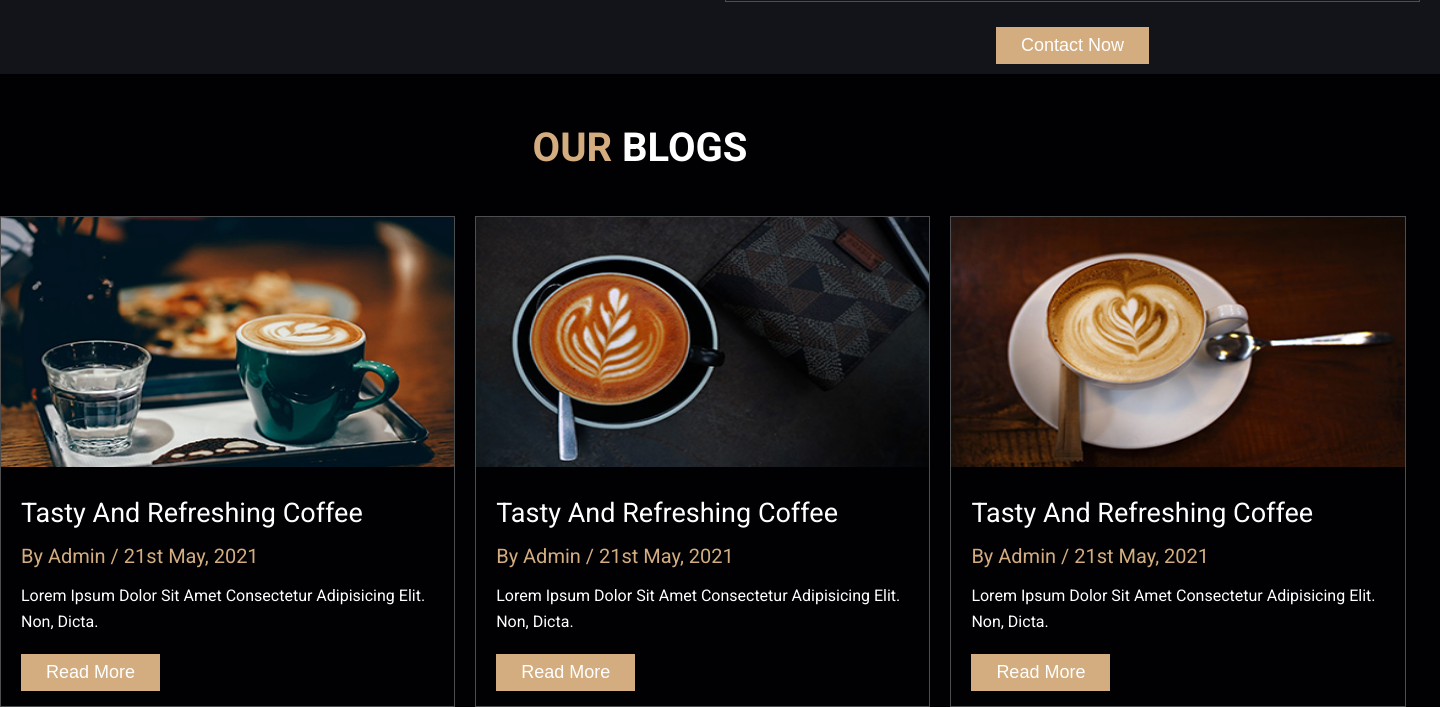
Repository: Dinhthai303/DinhThai
Page: index.html
These files come from the project's save history. The page is drawn as it stood at one moment and after the next save; the edit follows.
The browser window is 1280 px wide. The page is 1440 px wide, so the pictures cover 1440 px, including what lies to the right of the window. The pictures show the part of the page from y = 4188 to 5028 px (the page is 4895 px tall before and 5028 px after).
Pictures or frames that could not be fetched are drawn as grey boxes.

Above is the page before, as saved 2021-11-28 01:48:47.

### index.html
<!DOCTYPE html>
<html lang="en">

<head>
    <meta charset="UTF-8">
    <meta http-equiv="X-UA-Compatible" content="IE=edge">
    <meta name="viewport" content="width=device-width, initial-scale=1.0">
    <title>Document</title>
    <!-- FONT AWESOME -->
    <link rel="stylesheet" href="https://cdnjs.cloudflare.com/ajax/libs/font-awesome/6.0.0-beta3/css/all.min.css"
        integrity="sha512-Fo3rlrZj/k7ujTnHg4CGR2D7kSs0v4LLanw2qksYuRlEzO+tcaEPQogQ0KaoGN26/zrn20ImR1DfuLWnOo7aBA=="
        crossorigin="anonymous" referrerpolicy="no-referrer" />
    <!-- GOOLE FONT -->
    <link rel="preconnect" href="https://fonts.googleapis.com">
    <link rel="preconnect" href="https://fonts.gstatic.com" crossorigin>
    <link href="https://fonts.googleapis.com/css2?family=Roboto:wght@300;400;500;700&display=swap" rel="stylesheet">
    <!-- MAIN CSS -->
    <link rel="stylesheet" href="./css/style.css">
</head>

<body>
    <header class="header">
        <div class="container">
            <div class="header__content">
                <div class="header__logo">
                    <img src="./images/logo.png" alt="">
                </div>
                <ul class="header__menu">
                    <li class="header__item"><a class="header__link" href="#">Home</a></li>
                    <li class="header__item"><a class="header__link" href="#">About</a></li>
                    <li class="header__item"><a class="header__link" href="#">Menu</a></li>
                    <li class="header__item"><a class="header__link" href="#">Product</a></li>
                    <li class="header__item"><a class="header__link" href="#">Review</a></li>
                    <li class="header__item"><a class="header__link" href="#">Contact</a></li>
                    <li class="header__item"><a class="header__link" href="#">Blog</a></li>
                </ul>
                <div class="header__icon">
                    <i class="fa fa-search"></i>
                    <i class="fa fa-shopping-cart"></i>
                </div>
            </div>
        </div>
    </header>
    <section class="banner">
        <div class="banner__content">
            <img class="banner__image" src="./images/home-img.jpeg" alt="">
            <div class="banner__text">
                <h3 class="banner__title">FRESH COFFEE IN THE MORNING</h3>
                <p class="banner__desc">Lorem Ipsum, Dolor Sit Amet Consectetur Adipisicing Elit. Placeat Labore, Sint
                    Cupiditate Distinctio Tempora Reiciendis.</p>
                <button class="btn">Get Your now</button>
            </div>
        </div>
    </section>
    <section class="about">
        <h2 class="heading">About <span>us</span></h2>
        <div class="container">
            <div class="about__content">
                <div class="about__left">
                    <img class="about__image" src="./images/about-img.jpeg" alt="">
                </div>
                <div class="about__right">
                    <div class="about__text">
                        <h2 class="about__title">What Makes Our Coffee Special?</h2>
                        <p class="about__desc">Lorem Ipsum Dolor Sit Amet Consectetur Adipisicing Elit. Voluptatibus Qui
                            Ea Ullam, Enim Tempora Ipsum Fuga Alias Quae Ratione A Officiis Id Temporibus Autem? Quod
                            Nemo Facilis Cupiditate. Ex, Vel?</p>
                        <p class="about__desc">Lorem Ipsum Dolor Sit Amet Consectetur, Adipisicing Elit. Odit Amet Enim
                            Quod Veritatis, Nihil Voluptas Culpa! Neque Consectetur Obcaecati Sapiente?</p>
                        <button class="btn about__button">Learn More</button>
                    </div>
                </div>
            </div>
        </div>
    </section>
    <section class="menu">
        <h2 class="heading"><span>our</span> menu</h2>
        <div class="container">
            <div class="menu__content">
                <div class="menu__item">
                    <div class="menu__text">
                        <img src="./images/menu-1.png" alt="" class="menu__img">
                        <h3 class="menu__title">Tasty And Healty
                        </h3>
                        <div class="menu__price price">$15.99 <span class="menu__price--old old">20.99</span></div>
                        <button class="btn menu__button">Add To Cart</button>
                    </div>
                </div>
                <div class="menu__item">
                    <div class="menu__text">
                        <img src="./images/menu-2.png" alt="" class="menu__img">
                        <h3 class="menu__title">Tasty And Healty
                        </h3>
                        <div class="menu__price price">$15.99 <span class="menu__price--old old">20.99</span></div>
                        <button class="btn menu__button">Add To Cart</button>
                    </div>
                </div>
                <div class="menu__item">
                    <div class="menu__text">
                        <img src="./images/menu-3.png" alt="" class="menu__img">
                        <h3 class="menu__title">Tasty And Healty
                        </h3>
                        <div class="menu__price price">$15.99 <span class="menu__price--old old">20.99</span></div>
                        <button class="btn menu__button">Add To Cart</button>
                    </div>
                </div>
                <div class="menu__item">
                    <div class="menu__text">
                        <img src="./images/menu-4.png" alt="" class="menu__img">
                        <h3 class="menu__title">Tasty And Healty
                        </h3>
                        <div class="menu__price price">$15.99 <span class="menu__price--old price">20.99</span></div>
                        <button class="btn menu__button">Add To Cart</button>
                    </div>
                </div>
                <div class="menu__item">
                    <div class="menu__text">
                        <img src="./images/menu-5.png" alt="" class="menu__img">
                        <h3 class="menu__title">Tasty And Healty
                        </h3>
                        <div class="menu__price price">$15.99 <span class="menu__price--old old">20.99</span></div>
                        <button class="btn menu__button">Add To Cart</button>
                    </div>
                </div>
                <div class="menu__item">
                    <div class="menu__text">
                        <img src="./images/menu-6.png" alt="" class="menu__img">
                        <h3 class="menu__title">Tasty And Healty
                        </h3>
                        <div class="menu__price price">$15.99 <span class="menu__price--old old">20.99</span></div>
                        <button class="btn menu__button">Add To Cart</button>
                    </div>
                </div>
            </div>
        </div>
    </section>
    <section class="products">
        <h2 class="heading"><span>OUR</span> PRODUCTS</h2>
        <div class="container">
            <div class="products__content">
                <div class="products__item">
                    <div class="products__social">
                        <i class="fa fa-shopping-cart"></i>
                        <i class="fa fa-heart"></i>
                        <i class="fa fa-eye"></i>
                    </div>
                    <div class="products__img">
                        <img src="./images/product-2.png" alt="">
                    </div>
                    <h3 class="products__title">Fresh Coffee</h3>
                    <div class="star">
                        <i class="fa fa-star"></i>
                        <i class="fa fa-star"></i>
                        <i class="fa fa-star"></i>
                        <i class="fa fa-star"></i>
                        <i class="fa fa-star-half-alt"></i>
                    </div>
                    <div class="price">$15.99 <span class="old">20.99</span></div>
                </div>
                <div class="products__item">
                    <div class="products__social">
                        <i class="fa fa-shopping-cart"></i>
                        <i class="fa fa-heart"></i>
                        <i class="fa fa-eye"></i>
                    </div>
                    <div class="products__img">
                        <img src="./images/product-3.png" alt="">
                    </div>
                    <h3 class="products__title">Fresh Coffee</h3>
                    <div class="star">
                        <i class="fa fa-star"></i>
                        <i class="fa fa-star"></i>
                        <i class="fa fa-star"></i>
                        <i class="fa fa-star"></i>
                        <i class="fa fa-star-half-alt"></i>
                    </div>
                    <div class="price">$15.99 <span class="old">20.99</span></div>
                </div>
                <div class="products__item">
                    <div class="products__social">
                        <i class="fa fa-shopping-cart"></i>
                        <i class="fa fa-heart"></i>
                        <i class="fa fa-eye"></i>
                    </div>
                    <div class="products__img">
                        <img src="./images/product-1.png" alt="">
                    </div>
                    <h3 class="products__title">Fresh Coffee</h3>
                    <div class="star">
                        <i class="fa fa-star"></i>
                        <i class="fa fa-star"></i>
                        <i class="fa fa-star"></i>
                        <i class="fa fa-star"></i>
                        <i class="fa fa-star-half-alt"></i>
                    </div>
                    <div class="price">$15.99 <span class="old">20.99</span></div>
                </div>
            </div>
        </div>
    </section>
    <section class="review">
        <h2 class="heading"><span>CUSTOMER'S</span> REVIEW</h2>
        <div class="container">
            <div class="review__content">
                <div class="review__item">
                    <img src="./images/quote-img.png" alt="" class="review__top">
                    <p class="review__desc">Lorem Ipsum Dolor Sit Amet Consectetur Adipisicing Elit. Animi Nulla Sit
                        Libero Nemo Fuga Sequi Nobis? Necessitatibus Aut Laborum, Nisi Quas Eaque Laudantium
                        Consequuntur Iste Ex Aliquam Minus Vel? Nemo.</p>
                    <img src="./images/pic-1.png" alt="" class="review__avatar">
                    <h3 class="review__author">John Deo
                    </h3>
                    <div class="star">
                        <i class="fa fa-star"></i>
                        <i class="fa fa-star"></i>
                        <i class="fa fa-star"></i>
                        <i class="fa fa-star"></i>
                        <i class="fa fa-star-half-alt"></i>
                    </div>
                </div>
                <div class="review__item">
                    <img src="./images/quote-img.png" alt="" class="review__top">
                    <p class="review__desc">Lorem Ipsum Dolor Sit Amet Consectetur Adipisicing Elit. Animi Nulla Sit
                        Libero Nemo Fuga Sequi Nobis? Necessitatibus Aut Laborum, Nisi Quas Eaque Laudantium
                        Consequuntur Iste Ex Aliquam Minus Vel? Nemo.</p>
                    <img src="./images/pic-2.png" alt="" class="review__avatar">
                    <h3 class="review__author">John Deo
                    </h3>
                    <div class="star">
                        <i class="fa fa-star"></i>
                        <i class="fa fa-star"></i>
                        <i class="fa fa-star"></i>
                        <i class="fa fa-star"></i>
                        <i class="fa fa-star-half-alt"></i>
                    </div>
                </div>
                <div class="review__item">
                    <img src="./images/quote-img.png" alt="" class="review__top">
                    <p class="review__desc">Lorem Ipsum Dolor Sit Amet Consectetur Adipisicing Elit. Animi Nulla Sit
                        Libero Nemo Fuga Sequi Nobis? Necessitatibus Aut Laborum, Nisi Quas Eaque Laudantium
                        Consequuntur Iste Ex Aliquam Minus Vel? Nemo.</p>
                    <img src="./images/pic-3.png" alt="" class="review__avatar">
                    <h3 class="review__author">John Deo
                    </h3>
                    <div class="star">
                        <i class="fa fa-star"></i>
                        <i class="fa fa-star"></i>
                        <i class="fa fa-star"></i>
                        <i class="fa fa-star"></i>
                        <i class="fa fa-star-half-alt"></i>
                    </div>
                </div>
            </div>
        </div>
    </section>
    <section class="contact">
        <h2 class="heading">CONTACT <span>US</span></h2>
        <div class="container">
            <div class="contact__content">
                <div class="contact__map">
                    <iframe
                        src="https://www.google.com/maps/embed?pb=!1m18!1m12!1m3!1d3919.5668037483!2d106.68553171533858!3d10.767831062295425!2m3!1f0!2f0!3f0!3m2!1i1024!2i768!4f13.1!3m3!1m2!1s0x31752f18039575d7%3A0x3f90b2c941faeed4!2sFPT-APTECH!5e0!3m2!1svi!2s!4v1638037058853!5m2!1svi!2s"
                        width="600" height="450" style="border:0;" allowfullscreen="" loading="lazy"></iframe>
                </div>
                <div class="contact__right">
                    <div class="contact__box">
                        <h2 class="heading contact__"><span>GET IN TOUCH
                            </span></h2>
                        <div class="contact__input">
                            <i class="fa fa-user"></i>
                            <input type="text" placeholder="Name">
                        </div>
                        <div class="contact__input">
                            <i class="fa fa-envelope"></i>
                            <input type="text" placeholder="Email">
                        </div>
                        <div class="contact__input">
                            <i class="fa fa-phone"></i>
                            <input type="text" placeholder="Number">
                        </div>
                        <div class="contact__button">
                            <button class="btn">Contact Now</button>
                        </div>
                    </div>
                </div>
            </div>
        </div>
    </section>
    <section class="blog">
        <h2 class="heading">OUR <span>BLOGS</span></h2>
        <div class="container">
            <div class="blog__content">
                <div class="blog__item">
                    <div class="blog__image">
                        <img src="./images/blog-1.jpeg" alt="" class="blog__img">
                    </div>
                    <div class="blog__text">
                        <a href="#" class="blog__title">Tasty And Refreshing Coffee</a>
                        <span class="blog__time">By Admin / 21st May, 2021</span>
                        <p class="blog__desc">Lorem Ipsum Dolor Sit Amet Consectetur Adipisicing Elit. Non, Dicta.</p>
                        <button class="btn blog__button">Read More</button>
                    </div>
                </div>
                <div class="blog__item">
                    <div class="blog__image">
                        <img src="./images/blog-2.jpeg" alt="" class="blog__img">
                    </div>
                    <div class="blog__text">
                        <a href="#" class="blog__title">Tasty And Refreshing Coffee</a>
                        <span class="blog__time">By Admin / 21st May, 2021</span>
                        <p class="blog__desc">Lorem Ipsum Dolor Sit Amet Consectetur Adipisicing Elit. Non, Dicta.</p>
                        <button class="btn blog__button">Read More</button>
                    </div>
                </div>
                <div class="blog__item">
                    <div class="blog__image">
                        <img src="./images/blog-3.jpeg" alt="" class="blog__img">
                    </div>
                    <div class="blog__text">
                        <a href="#" class="blog__title">Tasty And Refreshing Coffee</a>
                        <span class="blog__time">By Admin / 21st May, 2021</span>
                        <p class="blog__desc">Lorem Ipsum Dolor Sit Amet Consectetur Adipisicing Elit. Non, Dicta.</p>
                        <button class="btn blog__button">Read More</button>
                    </div>
                </div>
            </div>
        </div>
    </section>
    <footer class="footer"></footer>
</body>

</html>

### css/style.css
*{
    margin: 0;
    padding: 0;
    box-sizing: border-box;
}
body{
    font-family: 'Roboto', sans-serif;
    background-color: #010103;
    font-weight: 400;
    color: white;
}
.heading{
    color: #D3AD7F;
    text-transform: uppercase;
    font-size: 40px;
    text-align: center;
    margin-bottom: 45px;
    margin-top: 50px;
}
.heading span{
    color: white;
}
.container{
    width: 1440px;
    margin: 0 auto;
}
.header{
    background-color: #010103;
    border-bottom: 1px solid #4D4E4F;
}
.header__content{
    display: flex;
    justify-content: space-between;
    align-items: center;
    background-color: #010103;
    padding: 15px 0;
}
.header__menu{
    display: flex;
    list-style: none;
    gap: 20px;
}
.header__item:hover .header__link{
    color: #D3AD7F;
}
.header__item:hover .header__link::after{
    opacity: 1;
    transform: translateY(7px);
}
.header__link::after{
    content: "";
    width: 100%;
    height: 2px;
    position: absolute;
    left: 0;
    bottom: 0;
    background-color: #D3AD7F;
    transition: all .5s;
    opacity: 0;
}
.header__link{
    position: relative;
    color: white;
    text-decoration: none;
}
.header__icon i{
    color: white;
    font-size: 23px;
    margin: 0 10px;
    cursor: pointer;
}
.header__icon i:hover{
    color: #D3AD7F;
}
.header__logo img{
    width: 70px;
}
.banner__content{
    position: relative;
    width: 100%;
    height: 850px;
}
.banner__image{
    width: 100%;
    height: 100%;
    object-fit: cover;
}
.banner__text{
    position: absolute;
    top: 50%;
    left: 120px;
    transform: translateY(-50%);
    width: 570px;
}
.banner__title{
    font-size: 58px;
    color: white;
}
.banner__desc{
    font-size: 20px;
    color: rgb(238, 238, 238);
    font-weight: lighter;
    line-height: 1.8;
    margin: 20px 0;
}
.btn{
    background-color: #D3AD7F;
    border: none;
    color: white;
    padding: 8px 25px;
    font-size: 18px;
    cursor: pointer;
    transition: all .25s;
}
.btn:hover{
    letter-spacing: 1px;
}
.menu__text{
    width: 300px;
}
.menu__item:hover{
    background-color: white;
}
.menu__item:hover *{
    color: black;
}
.about__image{
    width: 100%;
    display: block;
}
.about__left, .about__right{
    width: 50%;
}
.about__content{
    display: flex;
}
.about__title{
    color: white;
    font-size: 30px;
}
.about__right{
    display: flex;
    align-items: center;
}
.about__desc{
    color: rgb(238, 238, 238);
    margin-top: 10px;
    line-height: 1.8;
}
.about__button{
    margin-top: 25px;
}
.about__text{
    margin-left: 20px;
}
.menu__content{
    display: flex;
    flex-wrap: wrap;
    gap: 15px;
}
.menu__item{
    width: calc(25% - 15px);
    border: 1px solid #4D4E4F;
    height: 335px;
    text-align: center;
    display: flex;
    justify-content: center;
    align-items: center;
    transition: all .25s;
}
.menu__title{
    color: white;
    margin-top: 20px;
}
.price{
    color: white;
    font-size: 25px;
    margin: 20px 0;
}
.old{
    color: rgb(238, 238, 238);
    text-decoration: line-through;
    font-size: 15px;
}
.products__content{
    display: flex;
    gap: 20px;
}
.products__item{
    width: calc(33% - 20px);
    border: 1px solid #4D4E4F;
    text-align: center;
    padding: 25px 0;
}
.products__title{
    color: white;
    margin-top: 20px;
    font-size: 25px;
}
.products__social{
    margin-bottom: 25px;
}
.products__social i:hover {
    background-color: #D3AD7F;
}
.products__social i {
    color: white;
    padding: 10px 10px;
    border: 1px solid #4D4E4F;
    font-size: 18px;
    margin: 0 1px;
    cursor: pointer;
}
.star {
    color: #D3AD7F;
    margin-top: 15px;
}
.review__content{
    display: flex;
    gap: 25px;
}
.review__item{
    width: calc(33% - 25px);
    border: 1px solid #4D4E4F;
    text-align: center;
    padding: 30px 25px;
}
.review__desc{
    color: rgb(238, 238, 238);
    line-height: 1.8;
    margin: 25px 0;
}
.review__avatar{
    border-radius: 50%;
    width: 70px;
    margin-bottom: 15px;
}
.contact__content{
    display: flex;
    gap: 30px;
    padding-right: 20px;
    background-color: #13131A;
}
.contact__map{
    width: 50%;
}
.contact__map iframe{
    width: 100%;
}
.contact__right{
    display: flex;
    align-items: center;
    width: 50%;
}
.contact__box{
    width: 100%;
}
.contact__input{
    height: 60px;
    width: 100%;
    border: 1px solid #4D4E4F;
    display: flex;align-items: center;
    padding: 0 20px;
    margin-bottom: 25px;
}
.contact__input input{
    background-color: transparent;
    border: none;
    margin-left: 20px;
    width: 100%;
    height: 22px;
    color: white;
    font-size: 20px;
}
.contact__input input:focus{
    outline: none;
}
.contact__input input::placeholder{
    font-size: 18px;
}
.contact__input i {
    font-size: 23px;
}
.contact__button{
    text-align: center;
}
.blog__content{
    display: flex;
    gap: 20px;
}
.blog__item{
    width: calc(33% - 20px);
    border: 1px solid #4D4E4F;
    overflow: hidden;
}
.blog__item:hover .blog__img{
    transform: scale(1.2);
}
.blog__image{
    width: 100%;
    height: 250px;
    overflow: hidden;
}
.blog__img{
    width: 100%;
    height: 100%;
    transition: all .5s;
}
.blog__text{
    padding: 30px 20px 15px;
}
.blog__title{
    font-size: 27px;
    font-weight: 400;
    color: white;
    text-decoration: none;
    transition: all .25s;
}
.blog__title:hover{
    color: #D3AD7F;
}

.blog__time{
    color: #D3AD7F;
    font-size: 20px;
    margin: 15px 0;
    display: inline-block;
}
.blog__desc{
    line-height: 1.6;
    margin-bottom: 20px;
}

After the next save:
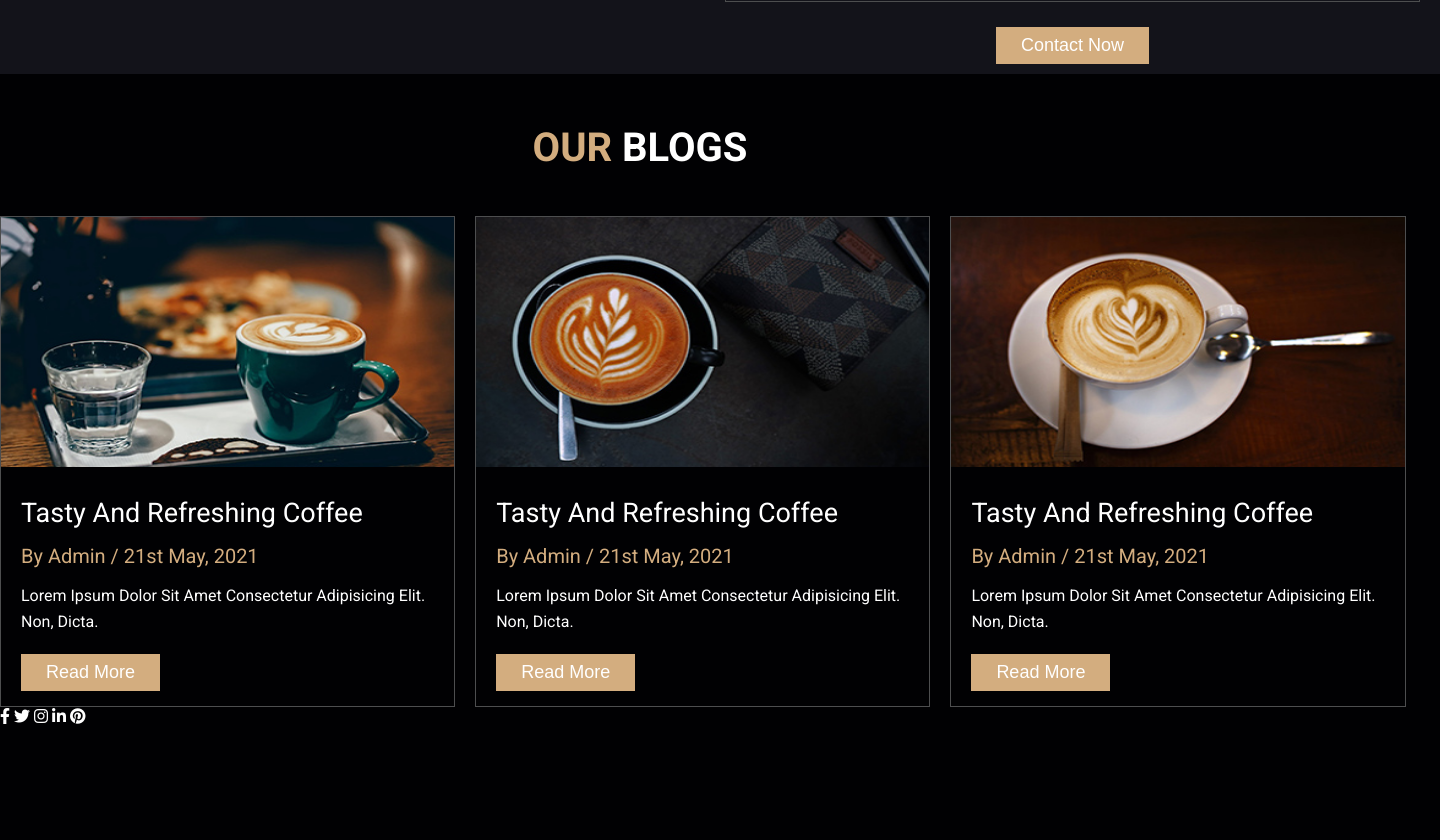
Saved 2 min 59 s later.
--- a/index.html
+++ b/index.html
@@ -326,7 +326,23 @@
             </div>
         </div>
     </section>
-    <footer class="footer"></footer>
+    <footer class="footer">
+        <div class="footer__social">
+            <i class="fab fa-facebook-f"></i>
+            <i class="fab fa-twitter"></i>
+            <i class="fab fa-instagram"></i>
+            <i class="fab fa-linkedin-in"></i>
+            <i class="fab fa-pinterest"></i>
+        </div>
+        <ul class="footer__menu">
+            <li class="footer__item"><a href="" class="footer__link"></a></li>
+            <li class="footer__item"><a href="" class="footer__link"></a></li>
+            <li class="footer__item"><a href="" class="footer__link"></a></li>
+            <li class="footer__item"><a href="" class="footer__link"></a></li>
+            <li class="footer__item"><a href="" class="footer__link"></a></li>
+            <li class="footer__item"><a href="" class="footer__link"></a></li>
+        </ul>
+    </footer>
 </body>
 
 </html>
